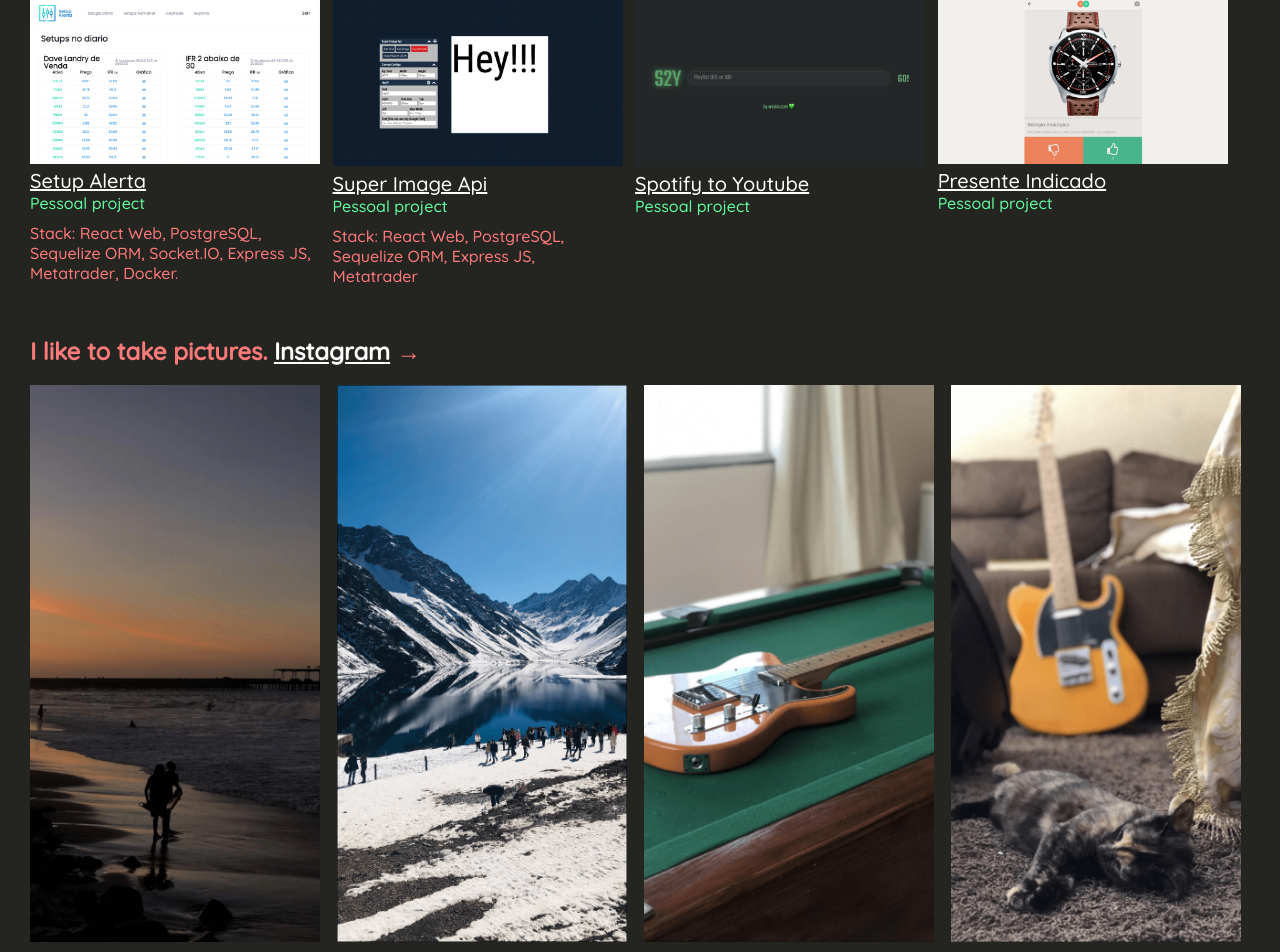
Repository: wprudencio/mywebsite
Page: index_src.html
The author's editor kept a copy of each file at every save. The page is drawn from the files as they stood at one save, then again after the next save.
The browser window is 1280 px wide. The pictures show the part of the page from y = 392 to 1344 px (the page is 2032 px tall before and 2030 px after).

Above is the page before, as saved 2021-04-15 21:27:38.

### index_src.html
<!DOCTYPE html>
<html lang="en">
  <head>
    <meta charset="UTF-8" />
    <meta name="viewport" content="width=device-width, initial-scale=1.0" />
    <meta http-equiv="X-UA-Compatible" content="ie=edge" />
    <meta name="description" content="Software Developer with a Passion for Music. I like math, design, music, photography, technology and sports.">
    <meta name="keywords" content="Software Engineer,nodejs,node,node.js,javascript,react,react-native,react,postgree,dokku,docker,css,html,fullstack,fullstack developer">
    <title>Weslei Prudencio - Fullstack Developer</title>
    <link rel="stylesheet" type="text/css" href="style.css" />
    <link rel="preconnect" href="https://fonts.gstatic.com" />
    <link rel="shortcut icon" href="img/favicon.ico">
    <link
      href="https://fonts.googleapis.com/css2?family=Quicksand:wght@500&display=swap"
      rel="stylesheet"
    />
  </head>
  <body>
    <div class="header">
      <div class="titles">
        <h1 class="title">I'm Weslei Prudencio</h1>
        <div class="subtile subcolor">
          Software Developer with a Passion for Music. Living in <a target="_blank" href="https://www.google.com/maps/search/fortaleza/@-3.7402515,-38.5448821,14.12z">Fortaleza</a>,
          Brazil. I like math, design, music, photography, technology and sports.
        </div>
        <div class="social-links">
          <a target="_blank" href="/img/contactme.png">Email</a> . <a target="_blank" href="https://api.whatsapp.com/send?phone=+5585997731370&text=hey!"> Whatsapp</a> . <a target="_blank" href="https://github.com/wprudencio">Github</a> .
          <a target="_blank" href="https://stackoverflow.com/users/1723176/weslei-prudencio">Stackoverflow</a> . <a target="_blank" href="https://www.instagram.com/wesprudencio/">Instagram</a> .
          <a target="_blank" href="https://www.youtube.com/user/wesleiwpa">Youtube</a> . <a target="_blank" href="https://www.strava.com/athletes/46133690">Strava</a>
        </div>
      </div>
      <div class="profile-picture"><img src="./img/weslei.png" /></div>
    </div>

    <section class="code">
      <h1 class="title">
        I like to code . <a href="https://github.com/wprudencio" target="_blank" class="subcolor">GitHub</a>
        <span class="hide-on-mobile">→</span>
      </h1>
      <div class="hide-on-mobile">

        <div class="code-content">
          <img src="img/screenshot_setupalerta.png" width="300" />
          <div class="title"><a class="title" href="https://www.setupalerta.com.br">Setup Alerta</a></div>
          <div class="subtitle">Pessoal project</div>
          <div class="description">
            Stack: React Web, PostgreSQL, Sequelize ORM, Socket.IO, Express JS, Metatrader, Docker.
          </div>
        </div>
        <div class="code-content">
          <img src="img/screenshot_superimageapi.png" width="300" />
          <div class="title"><a class="title" href="https://superimageapi.weslei.com/">Super Image Api</a></div>
          <div class="subtitle">Pessoal project</div>
          <div class="description">
            Stack: React Web, PostgreSQL, Sequelize ORM, Express JS, Metatrader
          </div>
        </div>
        <div class="code-content">
          <img src="img/screenshot_s2y.png" width="300" />
          <div class="title"><a class="title" href="https://spotifytoyoutube.weslei.com/">Spotify to Youtube</a></div>
          <div class="subtitle">Pessoal project</div>
          <!-- <div class="description">
            Software Developer with a Passion for Design. Living in Fortaleza,
            Brazil. I like math, design, technology, and found in software
            development the perfect balance. Django
          </div> -->
        </div>
        <div class="code-content">
          <img src="img/screenshot_presenteindicado.png" width="300" />
          <div class="title"><a class="title" href="https://presenteindicado.herokuapp.com/">Presente Indicado</a></div>
          <div class="subtitle">Pessoal project</div>
          <!-- <div class="description">
            Software Developer with a Passion for music and design. Living in Fortaleza,
            Brazil. I like music, design, technology, and found in software
            development the perfect balance. Django
          </div> -->
        </div>

        <!-- <div class="code-content">
          <img src="img/screenshot_s2y.png" width="300" />
          <div class="title">Setup Alerta</div>
          <div class="subtitle">Pessoal project</div>
          <div class="description">
            Software Developer with a Passion for Design. Living in Fortaleza,
            Brazil. I like math, design, technology, and found in software
            development the perfect balance. Django
          </div>
        </div> -->
      </div>
    </section>

    <section class="photo">
      <h1 class="title">
        I like to take pictures. <a href="https://www.instagram.com/wesprudencio/" target="_blank" class="subcolor">Instagram</a href="">
        <span class="hide-on-mobile">→</span>
      </h1>
      <div class="section-content hide-on-mobile">
        <img src="img/photo1.png" />
        <img src="img/photo2.png" />
        <img src="img/photo3.png" />
        <img src="img/photo4.png" />
      </div>
    </section>
    <section class="music">
      <h1 class="title">
        I like to play . <a href="https://www.youtube.com/user/wesleiwpa" target="_blank" class="subcolor">YouTube</a>
        <span class="hide-on-mobile">→</span>
      </h1>
      <div class="section-content hide-on-mobile">
        <iframe
          src="https://www.youtube.com/embed/yPIpGEmBJB4"
          frameborder="0"
          allow="accelerometer; autoplay; clipboard-write; encrypted-media; gyroscope; picture-in-picture"
          allowfullscreen
        ></iframe>
        <iframe
          src="https://www.youtube.com/embed/cLxHDwdbUxs"
          frameborder="0"
          allow="accelerometer; autoplay; clipboard-write; encrypted-media; gyroscope; picture-in-picture"
          allowfullscreen
        ></iframe>
        <iframe
          src="https://www.youtube.com/embed/GoNQzONj6T8"
          frameborder="0"
          allow="accelerometer; autoplay; clipboard-write; encrypted-media; gyroscope; picture-in-picture"
          allowfullscreen
        ></iframe>
        <iframe
          src="https://www.youtube.com/embed/zvhm4AExjm4"
          frameborder="0"
          allow="accelerometer; autoplay; clipboard-write; encrypted-media; gyroscope; picture-in-picture"
          allowfullscreen
        ></iframe>
      </div>
    </section>

    <footer>Made with love in 🇧🇷</footer>


<!-- Global site tag (gtag.js) - Google Analytics -->
<script async src="https://www.googletagmanager.com/gtag/js?id=G-LMNC2LT64Z"></script>
<script>
  window.dataLayer = window.dataLayer || [];
  function gtag(){dataLayer.push(arguments);}
  gtag('js', new Date());

  gtag('config', 'G-LMNC2LT64Z');
</script><!-- Global site tag (gtag.js) - Google Analytics -->
<script async src="https://www.googletagmanager.com/gtag/js?id=G-LMNC2LT64Z"></script>
<script>
  window.dataLayer = window.dataLayer || [];
  function gtag(){dataLayer.push(arguments);}
  gtag('js', new Date());

  gtag('config', 'G-LMNC2LT64Z');
</script>
  </body>
</html>

### style.css
body {
  background-color: #242421;
  font-family: "Quicksand", sans-serif;
  color: #ff7a7a;
  max-width: 1400px;
  margin: 0 auto;
  padding: 30px;
}
section {
  margin-top: 50px;
}
a {
  color: #ffff;
}

.social-links {
  padding-top: 17px;
}

.header {
  display: flex;
  flex-direction: row;
  margin: auto;
}

.code > div {
  display: flex;
}

.code-content {
  max-width: 23.8%;
}

.code-content:not(:first-child) {
  padding-left: 1%;
}

.code-content > img {
  width: 100%;
}

.code-content .title {
  font-size: 20px;
}

.code-content .subtitle {
  color: #62ffa1;
}

.code-content .description {
  margin-top: 10px;
  color: #ff7a7a;
}

.header .titles {
  margin: auto 0;
}

.header .subtile {
  margin-right: 50px;
}

.profile-picture > img {
  width: 256px;
  margin: auto;
}

section.photo img {
  width: 23.8%;

  margin: auto;
}

section.photo img:not(:last-child) {
  padding-right: 1%;
}

section.music iframe {
  width: 23.8%;
  height: 500px;
}

section.music iframe:not(:last-child) {
  padding-right: 1%;
}
footer {
  margin-top: 40px;
}

@media only screen and (min-width: 1077px) {
}

@media only screen and (max-width: 800px) {
  .hide-on-mobile {
    display: none !important;
  }

  .profile-picture > img {
    width: 120px;
    margin: auto;
  }
}

After the next save:
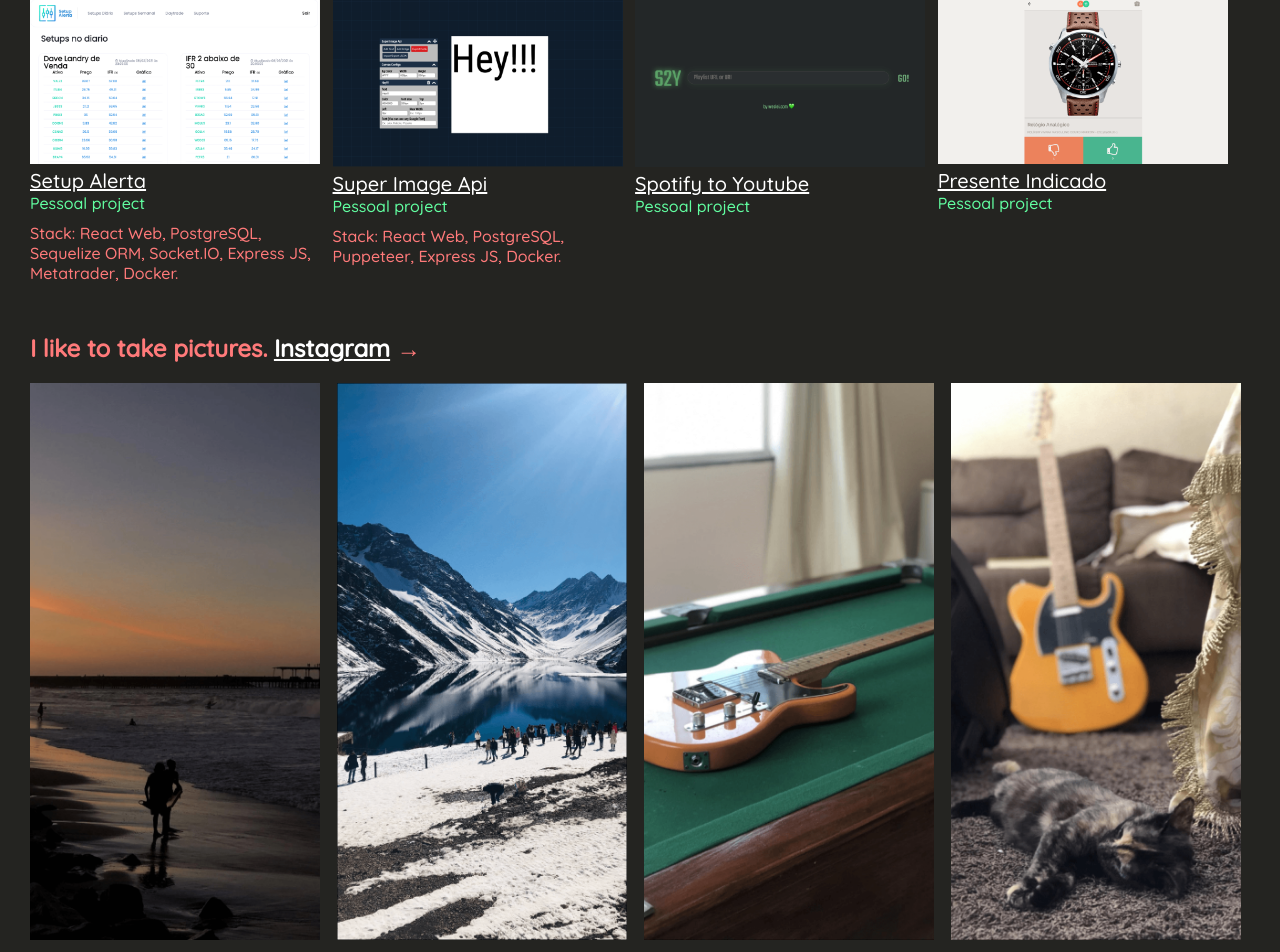
Saved 52 s later.
--- a/index_src.html
+++ b/index_src.html
@@ -52,7 +52,7 @@
           <div class="title"><a class="title" href="https://superimageapi.weslei.com/">Super Image Api</a></div>
           <div class="subtitle">Pessoal project</div>
           <div class="description">
-            Stack: React Web, PostgreSQL, Sequelize ORM, Express JS, Metatrader
+            Stack: React Web, PostgreSQL, Puppeteer, Express JS, Docker.
           </div>
         </div>
         <div class="code-content">
